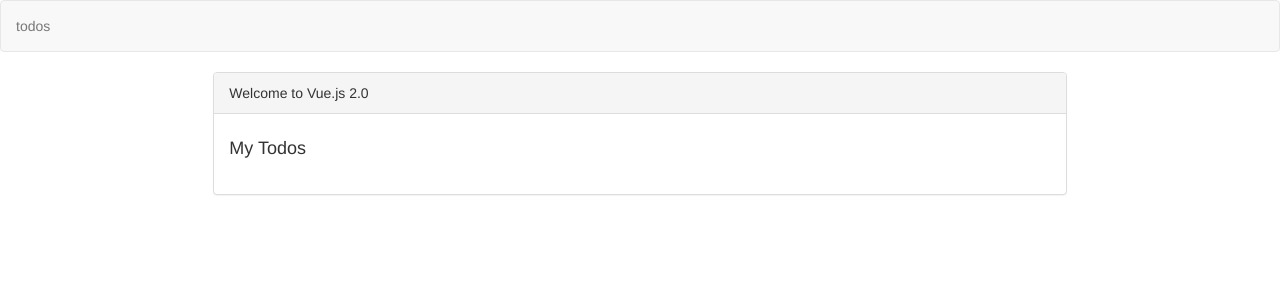
Repository: myr1111/todo
Page: Todoapp/index.html
These files come from the project's save history. The page is drawn as it stood at one moment and after a run of saves; the edit follows.
The browser window is 1280 px wide. The pictures show the whole page.

Above is the page before, as saved 2019-04-01 08:10:32.

### Todoapp/index.html
<!DOCTYPE html>
<html lang="en">
<head>
    <meta charset="UTF-8">
    <meta name="viewport" content="width=device-width, initial-scale=1.0">
    <meta http-equiv="X-UA-Compatible" content="ie=edge">
    <title>Document</title>
    <link rel="stylesheet" href="bootstrap.min.css">
    <script src="vue.min.js"></script>
</head>
<body>
    <nav class="navbar navbar-default">
        <p class="navbar-text">todos</p>
    </nav>
    <div class="container col-md-8 col-md-offset-2">
        <div class="row">
            <div class="panel panel-default">
                <div class=" panel-heading">Welcome to Vue.js 2.0</div>
                <div class="panel-body">
                    <h4>My Todos</h4>
                    <ul class="list-group">

                    </ul>
                </div>
            </div>
        </div>
    </div>

</body>
</html>

Loaded but not shown: Todoapp/bootstrap.min.css (library); Todoapp/vue.min.js (library)

After the next 2 saves:
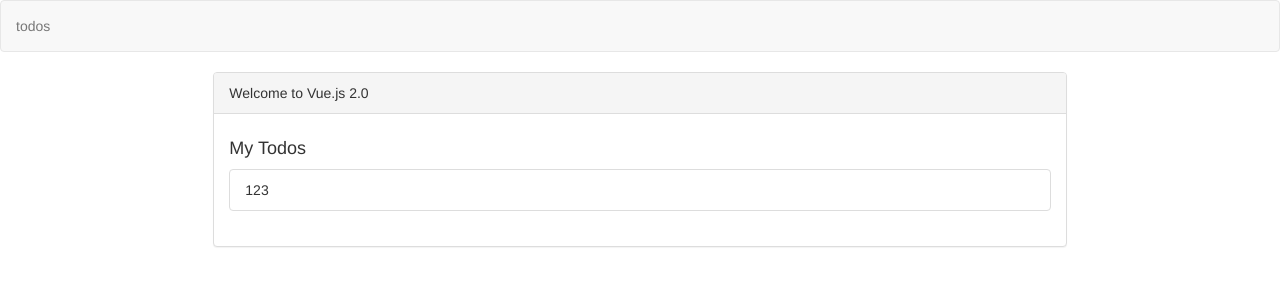
The 2 saves are shown as one change because they came seconds apart.
The last was saved 9 s later.
--- a/Todoapp/index.html
+++ b/Todoapp/index.html
@@ -19,7 +19,7 @@
                 <div class="panel-body">
                     <h4>My Todos</h4>
                     <ul class="list-group">
-
+                        <li class="list-group-item">123</li>
                     </ul>
                 </div>
             </div>
